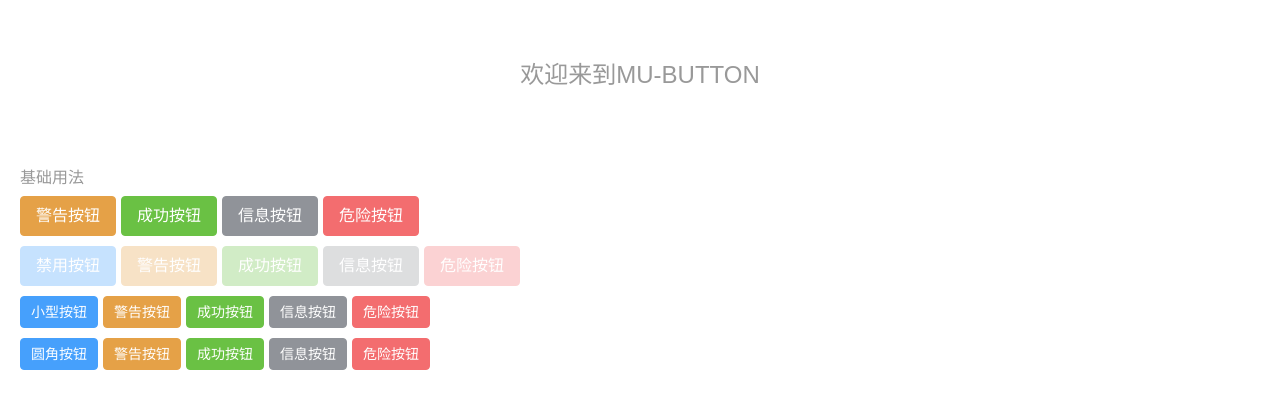
Repository: HuoXiaoYe/huoxiaoye_mumu
Page: /
The author's editor kept a copy of each file at every save. The page is drawn from the files as they stood at one save, then again after the next save.
The browser window is 1280 px wide. The pictures show the whole page.
The project was rebuilt for these pictures with package versions that can differ from the ones it lists, and the page was loaded fresh each time.

Above is the page before, as saved 2020-07-04 17:41:30.

### src/App.tsx
import React from 'react';
import './App.css';
import "@/assets/less/reset.less"
import ButtonWrap from "./pages/buttonWrap/buttonWrap"

function App() {
  return (
    <div className="App">
      <ButtonWrap />
    </div>
  );
}

export default App;

### src/pages/buttonWrap/buttonWrap.tsx
import React,{useState} from "react"
import "./index.less"
import MUButton from "../../components/button/button"
import Title from "../components/title/title"
import {ButtonType} from "@/tsconfig/MUButton"


interface Ibutton {
    type:ButtonType,
    value:string
}

function ButtonWrap() {
    const [buttonList] = useState<Ibutton[]>([
        {
            type:"warning",
            value:"警告按钮"
        },
        {
            type:"success",
            value:"成功按钮"
        },
        {
            type:"info",
            value:"信息按钮"
        },
        {
            type:"danger",
            value:"危险按钮"
        }
    ])
    return (
        <div className="button-wrap">
            <Title type="first">MU-BUTTON</Title>
            <div className="button-item">
                <Title type="second">基础用法</Title>
                <ul>
                    {
                        buttonList.map((item)=>{
                            return (
                            <li><MUButton type={item.type}>{item.value}</MUButton></li>
                            )
                        })
                    }
                </ul>
                <ul>
                    <li><MUButton disabled={true}>禁用按钮</MUButton></li>
                    <li><MUButton disabled={true} type="warning">警告按钮</MUButton></li>
                    <li><MUButton disabled={true} type="success">成功按钮</MUButton></li>
                    <li><MUButton disabled={true} type="info">信息按钮</MUButton></li>
                    <li><MUButton disabled={true} type="danger">危险按钮</MUButton></li>
                </ul>

                <ul>
                    <li><MUButton size="small">小型按钮</MUButton></li>
                    <li><MUButton size="small" type="warning">警告按钮</MUButton></li>
                    <li><MUButton size="small" type="success">成功按钮</MUButton></li>
                    <li><MUButton size="small" type="info">信息按钮</MUButton></li>
                    <li><MUButton size="small" type="danger">危险按钮</MUButton></li>
                </ul>


                <ul>
                    <li><MUButton size="small" circle={true}>圆角按钮</MUButton></li>
                    <li><MUButton size="small" circle={true} type="warning">警告按钮</MUButton></li>
                    <li><MUButton size="small" circle={true} type="success">成功按钮</MUButton></li>
                    <li><MUButton size="small" circle={true} type="info">信息按钮</MUButton></li>
                    <li><MUButton size="small" circle={true} type="danger">危险按钮</MUButton></li>
                </ul>
            </div>

        </div>
    )
}

export default ButtonWrap

### src/pages/buttonWrap/index.less
@import '@/assets/less/common.less';

.button-wrap{

    .button-item{
        padding: 20px;

        ul{
            margin-top: 5px;
            display: flex;
            flex-wrap: wrap;
            li{
                margin-right: 5px;
                margin-top: 5px;
            }
        }
    }
}

### src/components/button/button.tsx
import React, { useEffect,useState } from 'react'
import { IProps } from "@/tsconfig/MUButton"
import "./index.less"


function MUButton(props: IProps) {
    const [btnClass,setBtnClass] = useState<string[]>(['mu-button'])
    useEffect(() => {
        console.log("initional");
        let tempBtnClass:string[] = []
        if(props.type){
            tempBtnClass.push('mu-' + props.type)
        }else{
            tempBtnClass.push('mu-primary')
        }
        if(props.size){
            tempBtnClass.push('mu-' + props.size)
        }else{
            tempBtnClass.push('mu-normal')
        }
        if(props.disabled){
            tempBtnClass.push('mu-disabled')
        }
        setBtnClass([...btnClass,...tempBtnClass])
    // eslint-disable-next-line react-hooks/exhaustive-deps
    },[props])
    return (
        <button type="button" className={btnClass.join(' ')} disabled={props.disabled}>
            {/* <i className="lake-loading"></i>
            <slot className="icon"></slot> */}
            {
                props.children
            }
        </button >
    )
}

export default MUButton

### src/pages/components/title/title.tsx
/* eslint-disable react-hooks/exhaustive-deps */
import React, {useState,useEffect} from "react"
import "./index.less"

type titleType = 'first' | 'second'

interface IProps {
    type : titleType,
    children?:any
}

function Title(props:IProps){
    const [,setClassName ]= useState<titleType>('first');
    useEffect(()=>{
        setClassName(props.type)
    })

    return (
        <div className="title-wrap">
            {
                props.type === 'first' ?
                <div className="firse-level">
                    欢迎来到
                    {
                        props.children
                    }
                </div>:
                <div className="second-level">
                    {
                        props.children
                    }
                </div>
            }
        </div>
    )
}

export default Title

### src/assets/less/common.less
@charset "utf-8";html{background-color:#fff;color:#000;font-size:12px}
body,ul,ol,dl,dd,h1,h2,h3,h4,h5,h6,figure,form,fieldset,legend,input,textarea,button,p,blockquote,th,td,pre,xmp{margin:0;padding:0}
body,input,textarea,button,select,pre,xmp,tt,code,kbd,samp{line-height:1.5;font-family:tahoma,arial,"Hiragino Sans GB",simsun,sans-serif}
h1,h2,h3,h4,h5,h6,small,big,input,textarea,button,select{font-size:100%}
h1,h2,h3,h4,h5,h6{font-family:tahoma,arial,"Hiragino Sans GB","微软雅黑",simsun,sans-serif}
h1,h2,h3,h4,h5,h6,b,strong{font-weight:normal}
address,cite,dfn,em,i,optgroup,var{font-style:normal}
table{border-collapse:collapse;border-spacing:0;text-align:left}
caption,th{text-align:inherit}
ul,ol,menu{list-style:none}
fieldset,img{border:0}
img,object,input,textarea,button,select{vertical-align:middle}
article,aside,footer,header,section,nav,figure,figcaption,hgroup,details,menu{display:block}
audio,canvas,video{display:inline-block;*display:inline;*zoom:1}
blockquote:before,blockquote:after,q:before,q:after{content:"\0020"}
textarea{overflow:auto;resize:vertical}
input,textarea,button,select,a{outline:0 none;border: none;}
button::-moz-focus-inner,input::-moz-focus-inner{padding:0;border:0}
mark{background-color:transparent}
a,ins,s,u,del{text-decoration:none}
sup,sub{vertical-align:baseline}
html {overflow-x: hidden;height: 100%;font-size: 50px;-webkit-tap-highlight-color: transparent;}
body {font-family: Arial, "Microsoft Yahei", "Helvetica Neue", Helvetica, sans-serif;color: #333;font-size: .28em;line-height: 1;-webkit-text-size-adjust: none;}
hr {height: .02rem;margin: .1rem 0;border: medium none;border-top: .02rem solid #cacaca;}
a {color: #25a4bb;text-decoration: none;}

### src/components/button/index.less
@btnPrefixClass:mu;
@brand-primary:#46a0fc;
@brand-error: #e5a147;
@brand-info: #909399;
@brand-danger: #f36d6f;
.btnType(@color){
    color: #fff;
    background-color: @color;
    border-color: @color;
}
@brand-success: #6ac144;
    .@{btnPrefixClass}-button {
        display: block;
        outline: 0 none;
        box-sizing: border-box;
        padding: 13px 15px;
        text-align: center;
        font-size: 16px;
        // width: 100%;
        min-width: 64px;
        height: 48px;
        line-height: 22px;
        overflow: hidden;
        text-overflow: ellipsis;
        word-break: break-word;
        white-space: nowrap;
        color: #333;
        background-color: #fff;
        border: 1px solid #D8DEE6;
        border-radius: 4px;
        user-select: none;
        -webkit-tap-highlight-color: rgba(0, 0, 0, 0);
        -webkit-appearance: none;
        -webkit-font-smoothing: antialiased;
    }
    .mu-primary {
        color: #fff;
        background-color: @brand-primary;
        border-color: @brand-primary;
        line-height: 48px;
    }
    .mu-warning {
        color: #fff;
        background-color: @brand-error;
        border-color: @brand-error;
    }
    .mu-success{
        color: #fff;
        background-color: @brand-success;
        border-color: @brand-success;
    }
    .mu-info{
        .btnType(@brand-info)
    }
    .mu-danger{
        .btnType(@brand-danger)
    }
    .mu-outline {
        color: @brand-primary;
        background-color: #fff;
        border-color: #008DFC;
    }
    .mu-small {
        font-size: 14px;
        height: 32px;
        line-height: 20px;
        padding: 5px 10px;
    }

    .mu-normal {
        font-size: 16px;
        height: 40px;
        line-height: 22px;
        padding: 8px 15px;
    }

    .mu-inline {
        display: inline-block;
        vertical-align: top;
        width: auto;
    }
    .mu-loading {
        display: flex;
        align-items: center;
        justify-content: center;
    }
    .mu-disabled{
        opacity: 0.3;
    }
    .mu-loading {
        display: block;
        width: 12px;
        height: 12px;
        margin-right: 6px;
        border: 2px solid #e8e8e8;
        border-top-color: #c5c5c5;
        border-radius: 100%;
        animation: rotation 0.5s linear 0s infinite;
    }

    @keyframes rotation {
        from {
            transform: rotate(0deg);
        }
        to {
            transform: rotate(359deg);
        }
    }

### src/pages/components/title/index.less
.title-wrap{
    .firse-level{
        height: 150px;
        line-height: 150px;
        font-size: 24px;
        color: #999;
        text-align: center;
    }
    .second-level{
        font-size:16px;
        color: #999;
        text-align: left;
    }
}

Loaded but not shown: public/index.html (common file); src/index.tsx (common file); src/index.css (common file); src/App.css (common file); src/assets/less/reset.less (common file)

After the next save:
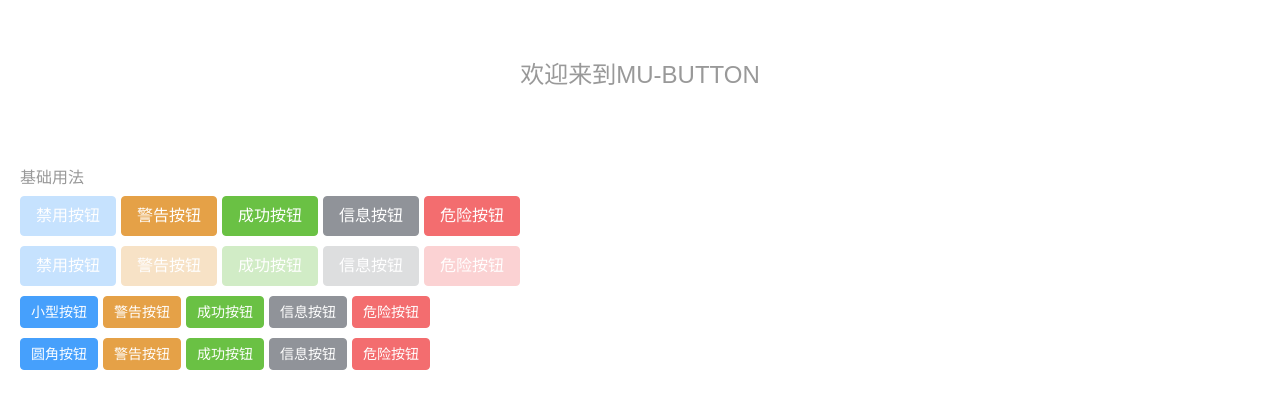
Saved 14 s later.
--- a/src/pages/buttonWrap/buttonWrap.tsx
+++ b/src/pages/buttonWrap/buttonWrap.tsx
@@ -35,6 +35,7 @@ function ButtonWrap() {
             <div className="button-item">
                 <Title type="second">基础用法</Title>
                 <ul>
+                <li><MUButton disabled={true}>禁用按钮</MUButton></li>
                     {
                         buttonList.map((item)=>{
                             return (
